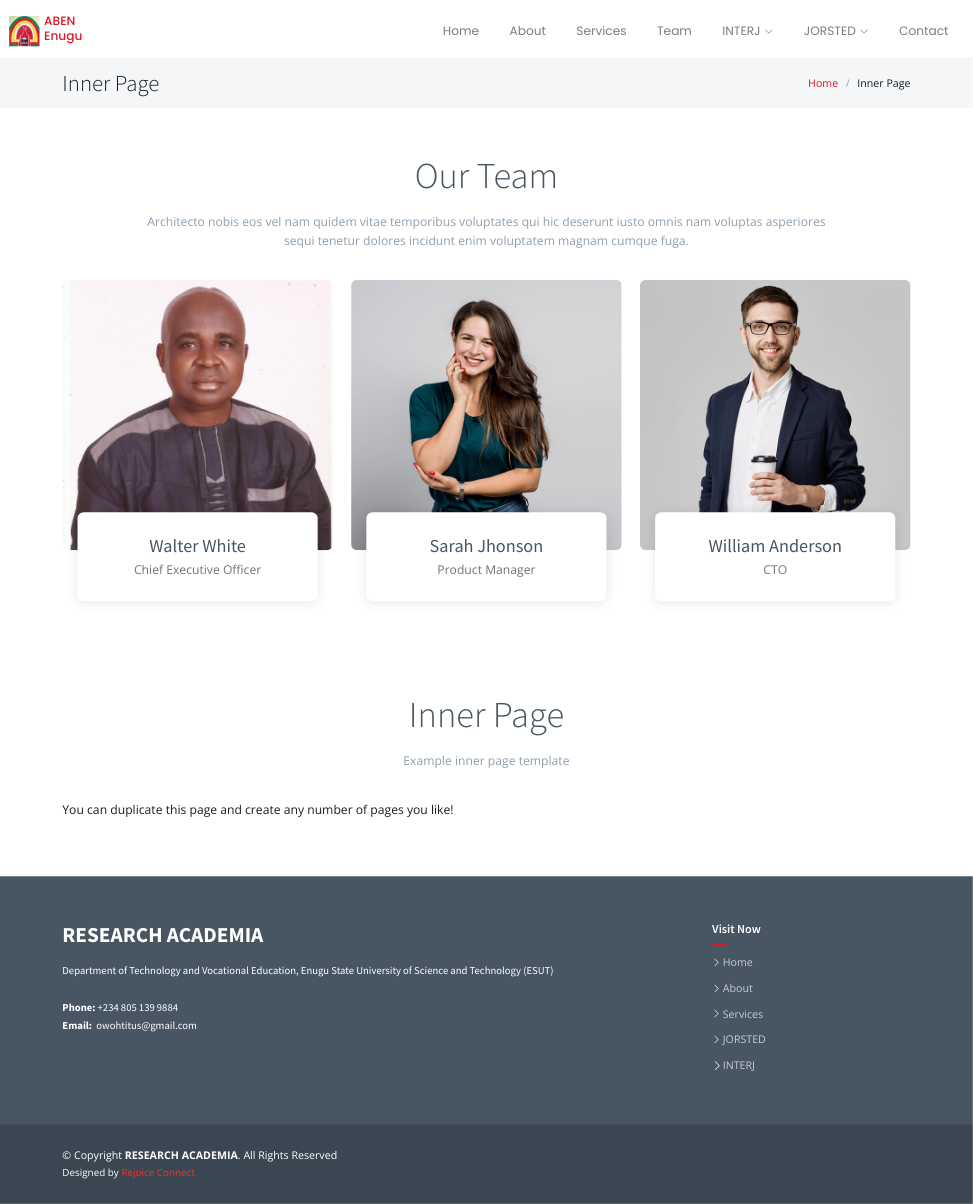
Repository: RejoiceOwoh/research-academia
Page: about.html
An editor plug-in stored every save of this project. The page is shown before and after the next save, followed by the edit.
The browser window is 1280 px wide. The pictures show the whole page, at 76% of full size.

Above is the page before, as saved 2023-07-14 13:05:36.

### about.html
<!DOCTYPE html>
<html lang="en">

<head>
  <meta charset="utf-8">
  <meta content="width=device-width, initial-scale=1.0" name="viewport">

  <title>Inner Page - HeroBiz Bootstrap Template</title>
  <meta content="" name="description">
  <meta content="" name="keywords">

  <!-- Favicons -->
  <link href="assets/img/favicon.jpg" rel="icon">
  <link href="assets/img/apple-touch-icon.jpg" rel="apple-touch-icon">

  <!-- Google Fonts -->
  <link rel="preconnect" href="https://fonts.googleapis.com">
  <link rel="preconnect" href="https://fonts.gstatic.com" crossorigin>
  <link href="https://fonts.googleapis.com/css2?family=Open+Sans:ital,wght@0,300;0,400;0,500;0,600;0,700;1,300;1,400;1,500;1,600;1,700&family=Poppins:ital,wght@0,300;0,400;0,500;0,600;0,700;1,300;1,400;1,500;1,600;1,700&family=Source+Sans+Pro:ital,wght@0,300;0,400;0,600;0,700;1,300;1,400;1,600;1,700&display=swap" rel="stylesheet">

  <!-- Vendor CSS Files -->
  <link href="assets/vendor/bootstrap/css/bootstrap.min.css" rel="stylesheet">
  <link href="assets/vendor/bootstrap-icons/bootstrap-icons.css" rel="stylesheet">
  <link href="assets/vendor/aos/aos.css" rel="stylesheet">
  <link href="assets/vendor/glightbox/css/glightbox.min.css" rel="stylesheet">
  <link href="assets/vendor/swiper/swiper-bundle.min.css" rel="stylesheet">

  <!-- Variables CSS Files. Uncomment your preferred color scheme -->
  <!-- <link href="assets/css/variables.css" rel="stylesheet"> -->
  <!-- <link href="assets/css/variables-blue.css" rel="stylesheet"> -->
  <!-- <link href="assets/css/variables-green.css" rel="stylesheet"> -->
  <!-- <link href="assets/css/variables-orange.css" rel="stylesheet"> -->
  <!-- <link href="assets/css/variables-purple.css" rel="stylesheet"> -->
  <link href="assets/css/variables-red.css" rel="stylesheet">
  <!-- <link href="assets/css/variables-pink.css" rel="stylesheet"> -->

  <!-- Template Main CSS File -->
  <link href="assets/css/main.css" rel="stylesheet">

</head>

<body>

  <!-- ======= Header ======= -->
  <header id="header" class="header fixed-top" data-scrollto-offset="0">
    <div class="container-fluid d-flex align-items-center justify-content-between">

      <a href="index.html" class="logo d-flex align-items-center scrollto me-auto me-lg-0">
        <!-- Uncomment the line below if you also wish to use an image logo -->
        <img src="assets/img/logo.jpg" alt="">
        <h1 style="font-size: 1rem;"><span>ABEN <br>Enugu</span></h1>
      </a>

      <nav id="navbar" class="navbar">
        <ul>
          <li><a class="nav-link scrollto" href="index.html">Home</a></li>
          <li><a class="nav-link scrollto" href="index.html#about">About</a></li>
          <li><a class="nav-link scrollto" href="index.html#services">Services</a></li>
          <li><a class="nav-link scrollto" href="team.html">Team</a></li>
           <li class="dropdown"><a href="INTERJ-vol-1.html"><span>INTERJ</span> <i class="bi bi-chevron-down dropdown-indicator"></i></a>
            <ul>
              <li><a href="INTERJ-vol-1.html">Vol 1 (2013)</a></li>
				<li><a href="INTERJ-vol-4.html">Vol 4 (2016)</a></li>
              <li><a href="INTERJ-vol-5-1.html">Vol 5 No. 1 (2017)</a></li>
              <li><a href="INTERJ-vol-5-2.html">Vol 5 No. 2 (2017)</a></li>
            </ul>
          </li>
			<li class="dropdown"><a href="JORSTED-vol-1.html"><span>JORSTED</span> <i class="bi bi-chevron-down dropdown-indicator"></i></a>
            <ul>
              <li><a href="JORSTED-vol-1.html">Vol 1 No. 1 (2013)</a></li>
				<li><a href="JORSTED-vol-6-1.html">Vol 6 No. 1 (2016)</a></li>
				<li><a href="JORSTED-vol-7-1.html">Vol 7 No. 1 (2017)</a></li>
				<li><a href="JORSTED-vol-7-2.html">Vol 7 No. 2 (2017)</a></li>
            </ul>
          </li>
          <li><a class="nav-link scrollto" href="index.html#contact">Contact</a></li>
        </ul>
        <i class="bi bi-list mobile-nav-toggle d-none"></i>
      </nav><!-- .navbar -->

    </div>
  </header><!-- End Header -->


  <main id="main">

    <!-- ======= Breadcrumbs ======= -->
    <div class="breadcrumbs">
      <div class="container">

        <div class="d-flex justify-content-between align-items-center">
          <h2>Inner Page</h2>
          <ol>
            <li><a href="index.html">Home</a></li>
            <li>Inner Page</li>
          </ol>
        </div>

      </div>
    </div><!-- End Breadcrumbs -->

    <!-- ======= Blog Section ======= -->


    <!-- ======= Team Section ======= -->
    <section id="team" class="team">
      <div class="container" data-aos="fade-up">

        <div class="section-header">
          <h2>Our Team</h2>
          <p>Architecto nobis eos vel nam quidem vitae temporibus voluptates qui hic deserunt iusto omnis nam voluptas asperiores sequi tenetur dolores incidunt enim voluptatem magnam cumque fuga.</p>
        </div>

        <div class="row gy-5">

          <div class="col-xl-4 col-md-6 d-flex" data-aos="zoom-in" data-aos-delay="200">
            <div class="team-member">
              <div class="member-img">
                <img src="assets/img/team/team-1.jpg" class="img-fluid" alt="">
              </div>
              <div class="member-info">
                <div class="social">
                  <a href=""><i class="bi bi-twitter"></i></a>
                  <a href=""><i class="bi bi-facebook"></i></a>
                  <a href=""><i class="bi bi-instagram"></i></a>
                  <a href=""><i class="bi bi-linkedin"></i></a>
                </div>
                <h4>Walter White</h4>
                <span>Chief Executive Officer</span>
              </div>
            </div>
          </div><!-- End Team Member -->

          <div class="col-xl-4 col-md-6 d-flex" data-aos="zoom-in" data-aos-delay="400">
            <div class="team-member">
              <div class="member-img">
                <img src="assets/img/team/team-2.jpg" class="img-fluid" alt="">
              </div>
              <div class="member-info">
                <div class="social">
                  <a href=""><i class="bi bi-twitter"></i></a>
                  <a href=""><i class="bi bi-facebook"></i></a>
                  <a href=""><i class="bi bi-instagram"></i></a>
                  <a href=""><i class="bi bi-linkedin"></i></a>
                </div>
                <h4>Sarah Jhonson</h4>
                <span>Product Manager</span>
              </div>
            </div>
          </div><!-- End Team Member -->

          <div class="col-xl-4 col-md-6 d-flex" data-aos="zoom-in" data-aos-delay="600">
            <div class="team-member">
              <div class="member-img">
                <img src="assets/img/team/team-3.jpg" class="img-fluid" alt="">
              </div>
              <div class="member-info">
                <div class="social">
                  <a href=""><i class="bi bi-twitter"></i></a>
                  <a href=""><i class="bi bi-facebook"></i></a>
                  <a href=""><i class="bi bi-instagram"></i></a>
                  <a href=""><i class="bi bi-linkedin"></i></a>
                </div>
                <h4>William Anderson</h4>
                <span>CTO</span>
              </div>
            </div>
          </div><!-- End Team Member -->

        </div>

      </div>
    </section><!-- End Team Section -->

    <section class="inner-page">
      <div class="container" data-aos="fade-up">

        <div class="section-header">
          <h2>Inner Page</h2>
          <p>Example inner page template</p>
        </div>

        <p>
          You can duplicate this page and create any number of pages you like!
        </p>

      </div>
    </section><!-- End Inner Page -->

  </main><!-- End #main -->

  <!-- ======= Footer ======= -->
  <footer id="footer" class="footer">

    <div class="footer-content">
      <div class="container">
        <div class="row">

          <div class="col-lg-9 col-md-6">
            <div class="footer-info">
              <h3>Research Academia</h3>
              <p>
                Department of Technology and Vocational Education, Enugu State University of Science and Technology (ESUT)&nbsp;<br><br>
                <strong>Phone:</strong> +234 805 139 9884<br>
                <strong>Email:</strong> &nbsp;owohtitus@gmail.com<br>
              </p>
            </div>
          </div>




          <div class="col-lg-3 col-md-6 footer-links">
            <h4>Visit Now</h4>
            <ul>
              <li><i class="bi bi-chevron-right"></i> <a href="index.html">Home</a></li>
              <li><i class="bi bi-chevron-right"></i> <a href="index.html#about">About</a></li>
              <li><i class="bi bi-chevron-right"></i> <a href="index.html#services">Services</a></li>
              <li><i class="bi bi-chevron-right"></i> <a href="JORSTED-vol-1.html">JORSTED</a></li>
				<li class="bi bi-chevron-right"><a href="INTERJ-vol-1.html"><span>INTERJ</span> </a>

          </li>

            </ul>
          </div>

<!--
          <div class="col-lg-4 col-md-6 footer-newsletter">
            <h4>Our Newsletter</h4>
            <p>Tamen quem nulla quae legam multos aute sint culpa legam noster magna</p>
            <form action="" method="post">
              <input type="email" name="email"><input type="submit" value="Subscribe">
            </form>

          </div>
-->

        </div>
      </div>
    </div>

    <div class="footer-legal text-center">
      <div class="container d-flex flex-column flex-lg-row justify-content-center justify-content-lg-between align-items-center">

        <div class="d-flex flex-column align-items-center align-items-lg-start">
          <div class="copyright">
            &copy; Copyright <strong><span>RESEARCH ACADEMIA</span></strong>. All Rights Reserved
          </div>
          <div class="credits">
            Designed by <a href="https://rejoiceconnect.com.ng/">Rejoice Connect</a>
          </div>
        </div>

<!--
        <div class="social-links order-first order-lg-last mb-3 mb-lg-0">
          <a href="#" class="twitter"><i class="bi bi-twitter"></i></a>
          <a href="#" class="facebook"><i class="bi bi-facebook"></i></a>
          <a href="#" class="instagram"><i class="bi bi-instagram"></i></a>
          <a href="#" class="google-plus"><i class="bi bi-skype"></i></a>
          <a href="#" class="linkedin"><i class="bi bi-linkedin"></i></a>
        </div>
-->

      </div>
    </div>

  </footer><!-- End Footer -->

  <a href="#" class="scroll-top d-flex align-items-center justify-content-center"><i class="bi bi-arrow-up-short"></i></a>

  <div id="preloader"></div>

  <!-- Vendor JS Files -->
  <script src="assets/vendor/bootstrap/js/bootstrap.bundle.min.js"></script>
  <script src="assets/vendor/aos/aos.js"></script>
  <script src="assets/vendor/glightbox/js/glightbox.min.js"></script>
  <script src="assets/vendor/isotope-layout/isotope.pkgd.min.js"></script>
  <script src="assets/vendor/swiper/swiper-bundle.min.js"></script>
  <script src="assets/vendor/php-email-form/validate.js"></script>

  <!-- Template Main JS File -->
  <script src="assets/js/main.js"></script>

</body>

</html>

### assets/css/variables-red.css
/**
* Template Name: HeroBiz
* File: variables-red.css
* Description: Easily customize colors, typography, and other repetitive properties used in the template main stylesheet file main.css
*
* Template URL: https://bootstrapmade.com/herobiz-bootstrap-business-template/
* Author: BootstrapMade.com
* License: https://bootstrapmade.com/license/
*
* Contents:
* 1. HeroBiz template variables
* 2. Override default Bootstrap variables
* 3. Set color and background class names
*
* Learn more about CSS variables at https://developer.mozilla.org/en-US/docs/Web/CSS/Using_CSS_custom_properties
*/

/*--------------------------------------------------------------
# 1. HeroBiz template variables
--------------------------------------------------------------*/
:root {

  /* Fonts */
  --font-default: 'Open Sans', system-ui, -apple-system, "Segoe UI", Roboto, "Helvetica Neue", Arial, "Noto Sans", "Liberation Sans", sans-serif, "Apple Color Emoji", "Segoe UI Emoji", "Segoe UI Symbol", "Noto Color Emoji";
  --font-primary: 'Source Sans Pro', sans-serif;
  --font-secondary: 'Poppins', sans-serif;

  /* Colors */
  /* The *-rgb color names are simply the RGB converted value of the corresponding color for use in the rgba() function */

  /* Default text color */
  --color-default: #1a1f24;
  --color-default-rgb: 26, 31, 36;

  /* Defult links color */
  --color-links: #df1529;
  --color-links-hover: #ff2b2b;

  /* Primay colors */
  --color-primary: #df1529;
  --color-primary-light: #ff2b2b;
  --color-primary-dark: #c00719;

  --color-primary-rgb: 223, 21, 41;
  --color-primary-light-rgb: 255, 43, 43;
  --color-primary-dark-rgb: 192, 7, 25;

  /* Secondary colors */
  --color-secondary: #485664;
  --color-secondary-light: #8f9fae;
  --color-secondary-dark: #3a4753;

  --color-secondary-rgb: 72, 86, 100;
  --color-secondary-light-rgb: 143, 159, 174;
  --color-secondary-dark-rgb: 58, 71, 83;

  /* General colors */
  --color-blue: #0d6efd;
  --color-blue-rgb: 13, 110, 253;

  --color-indigo: #6610f2;
  --color-indigo-rgb: 102, 16, 242;

  --color-purple: #6f42c1;
  --color-purple-rgb: 111, 66, 193;

  --color-pink: #f3268c;
  --color-pink-rgb: 243, 38, 140;

  --color-red: #df1529;
  --color-red-rgb: 223, 21, 4;

  --color-orange: #fd7e14;
  --color-orange-rgb: 253, 126, 20;

  --color-yellow: #ffc107;
  --color-yellow-rgb: 255, 193, 7;

  --color-green: #059652;
  --color-green-rgb: 5, 150, 82;

  --color-teal: #20c997;
  --color-teal-rgb: 32, 201, 151;

  --color-cyan: #0dcaf0;
  --color-cyan-rgb: 13, 202, 240;

  --color-white: #ffffff;
  --color-white-rgb: 255, 255, 255;

  --color-gray: #6c757d;
  --color-gray-rgb: 108, 117, 125;

  --color-black: #000000;
  --color-black-rgb: 0, 0, 0;

}

/*--------------------------------------------------------------
# 2. Override default Bootstrap variables
--------------------------------------------------------------*/
:root {

  --bs-blue: var(--color-blue);
  --bs-indigo: var(--color-indigo);
  --bs-purple: var(--color-purple);
  --bs-pink: var(--color-pink);
  --bs-red: var(--color-red);
  --bs-orange: var(--color-orange);
  --bs-yellow: var(--color-yellow);
  --bs-green: var(--color-green);
  --bs-teal: var(--color-teal);
  --bs-cyan: var(--color-cyan);
  --bs-white: var(--color-white);
  --bs-gray: var(--color-gray);
  --bs-gray-dark: #343a40;
  --bs-gray-100: #f8f9fa;
  --bs-gray-200: #e9ecef;
  --bs-gray-300: #dee2e6;
  --bs-gray-400: #ced4da;
  --bs-gray-500: #adb5bd;
  --bs-gray-600: #6c757d;
  --bs-gray-700: #495057;
  --bs-gray-800: #343a40;
  --bs-gray-900: #212529;
  --bs-primary: var(--color-blue);
  --bs-secondary: var(--color-blue);
  --bs-success: #198754;
  --bs-info: #0dcaf0;
  --bs-warning: #ffc107;
  --bs-danger: #dc3545;
  --bs-light: #f8f9fa;
  --bs-dark: #212529;
  --bs-primary-rgb: var(--color-primary-rgb);
  --bs-secondary-rgb: var(--color-secondary-rgb);
  --bs-success-rgb: 25, 135, 84;
  --bs-info-rgb: 13, 202, 240;
  --bs-warning-rgb: 255, 193, 7;
  --bs-danger-rgb: 220, 53, 69;
  --bs-light-rgb: 248, 249, 250;
  --bs-dark-rgb: 33, 37, 41;
  --bs-white-rgb: var(--color-white-rgb);
  --bs-black-rgb: var(--color-black-rgb);
  --bs-body-color-rgb: var(--color-default-rgb);
  --bs-body-bg-rgb: 255, 255, 255;
  --bs-font-sans-serif: var(--font-default);
  --bs-font-monospace: SFMono-Regular, Menlo, Monaco, Consolas, "Liberation Mono", "Courier New", monospace;
  --bs-gradient: linear-gradient(180deg, rgba(255, 255, 255, 0.15), rgba(255, 255, 255, 0));
  --bs-body-font-family: var(--font-default);
  --bs-body-font-size: 1rem;
  --bs-body-font-weight: 400;
  --bs-body-line-height: 1.5;
  --bs-body-color: var(--color-default);
  --bs-body-bg: #fff;

}

/*--------------------------------------------------------------
# 3. Set color and background class names
--------------------------------------------------------------*/
/* Fonts */
.font-default { font-family: var(--font-default) !important; }
.font-primary { font-family: var(--font-primary) !important;}
.font-secondary { font-family: var(--font-secondary) !important; }

/* Text Colors */
.color-default { color: var(--color-default) !important; }
.color-links { color: var(--color-links) !important; }
.color-links:hover { color: var(--color-links-hover) !important; }
.color-primary { color: var(--color-primary) !important; }
.color-primary-light { color: var(--color-primary-light) !important; }
.color-primary-dark { color: var(--color-primary-dark) !important; }
.color-secondary { color: var(--color-secondary) !important; }
.color-secondary-light { color: var(--color-secondary-light) !important; }
.color-secondary-dark { color: var(--color-secondary-dark) !important; }
.color-blue { color: var(--color-blue) !important; }
.color-indigo { color: var(--color-indigo) !important; }
.color-purple { color: var(--color-purple) !important; }
.color-pink { color: var(--color-pink) !important; }
.color-red { color: var(--color-red) !important; }
.color-orange { color: var(--color-orange) !important; }
.color-yellow { color: var(--color-yellow) !important; }
.color-green { color: var(--color-green) !important; }
.color-teal { color: var(--color-teal) !important; }
.color-cyan { color: var(--color-cyan) !important; }
.color-white { color: var(--color-white) !important; }
.color-gray { color: var(--color-gray) !important; }
.color-black { color: var(--color-black) !important; }

/* Background Colors */
.bg-default { background-color: var(--color-default) !important; }
.bg-primary { background-color: var(--color-primary) !important; }
.bg-primary-light { background-color: var(--color-primary-light) !important; }
.bg-primary-dark { background-color: var(--color-primary-dark) !important; }
.bg-secondary { background-color: var(--color-secondary) !important; }
.bg-secondary-light { background-color: var(--color-secondary-light) !important; }
.bg-secondary-dark { background-color: var(--color-secondary-dark) !important; }
.bg-blue { background-color: var(--color-blue) !important; }
.bg-indigo { background-color: var(--color-indigo) !important; }
.bg-purple { background-color: var(--color-purple) !important; }
.bg-pink { background-color: var(--color-pink) !important; }
.bg-red { background-color: var(--color-red) !important; }
.bg-orange { background-color: var(--color-orange) !important; }
.bg-yellow { background-color: var(--color-yellow) !important; }
.bg-green { background-color: var(--color-green) !important; }
.bg-teal { background-color: var(--color-teal) !important; }
.bg-cyan { background-color: var(--color-cyan) !important; }
.bg-white { background-color: var(--color-white) !important; }
.bg-gray { background-color: var(--color-gray) !important; }
.bg-black { background-color: var(--color-black) !important; }

Loaded but not shown: assets/vendor/bootstrap/css/bootstrap.min.css (library); assets/vendor/bootstrap-icons/bootstrap-icons.css (library); assets/vendor/aos/aos.css (library); assets/vendor/glightbox/css/glightbox.min.css (library); assets/vendor/swiper/swiper-bundle.min.css (library); assets/vendor/bootstrap/js/bootstrap.bundle.min.js (library); assets/vendor/aos/aos.js (library); assets/vendor/glightbox/js/glightbox.min.js (library); assets/vendor/isotope-layout/isotope.pkgd.min.js (library); assets/vendor/swiper/swiper-bundle.min.js (library); assets/vendor/php-email-form/validate.js (common file); assets/js/main.js (297 lines, source omitted); assets/css/main.css (3283 lines, source omitted)

After the next save:
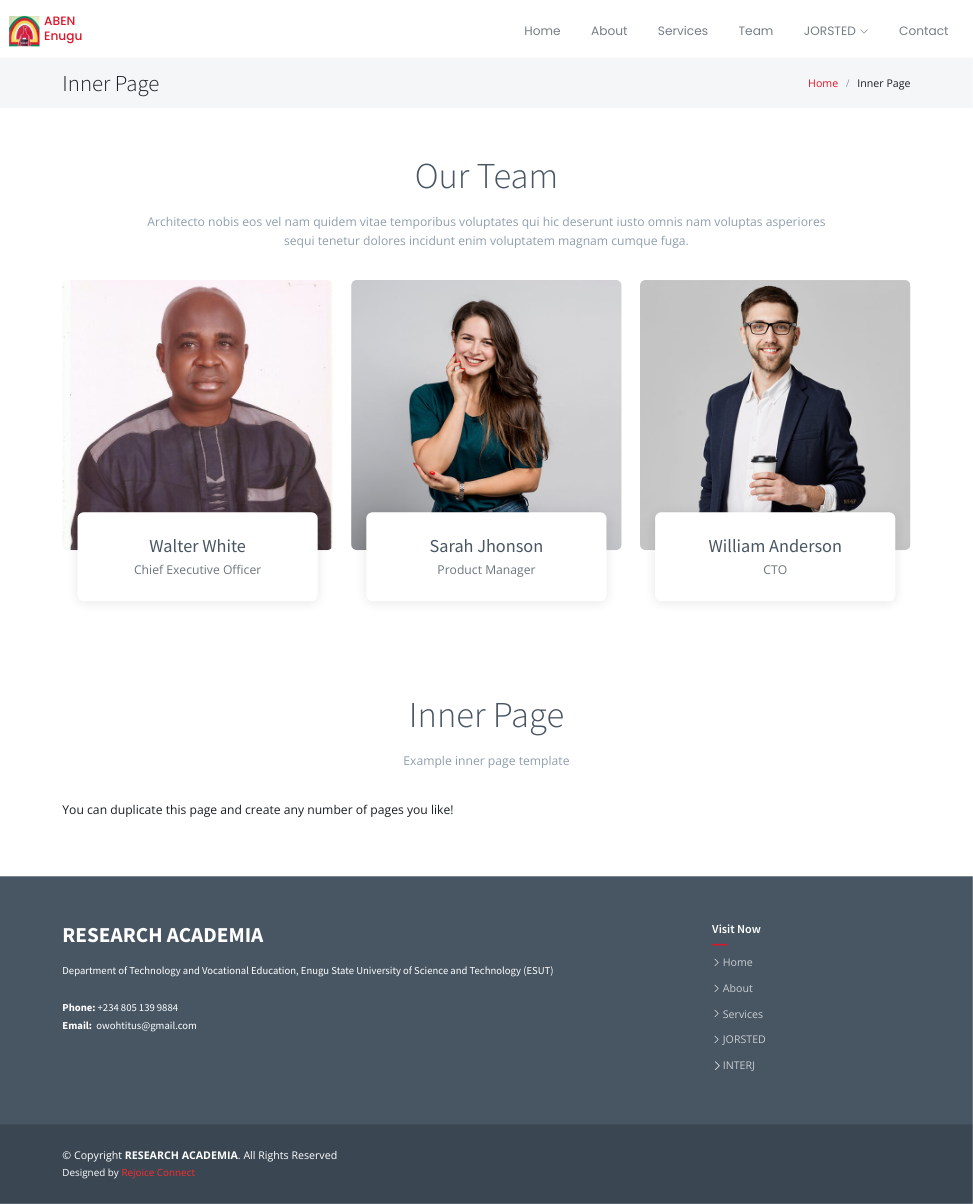
Saved 1 s later.
--- a/about.html
+++ b/about.html
@@ -57,14 +57,6 @@
           <li><a class="nav-link scrollto" href="index.html#about">About</a></li>
           <li><a class="nav-link scrollto" href="index.html#services">Services</a></li>
           <li><a class="nav-link scrollto" href="team.html">Team</a></li>
-           <li class="dropdown"><a href="INTERJ-vol-1.html"><span>INTERJ</span> <i class="bi bi-chevron-down dropdown-indicator"></i></a>
-            <ul>
-              <li><a href="INTERJ-vol-1.html">Vol 1 (2013)</a></li>
-				<li><a href="INTERJ-vol-4.html">Vol 4 (2016)</a></li>
-              <li><a href="INTERJ-vol-5-1.html">Vol 5 No. 1 (2017)</a></li>
-              <li><a href="INTERJ-vol-5-2.html">Vol 5 No. 2 (2017)</a></li>
-            </ul>
-          </li>
 			<li class="dropdown"><a href="JORSTED-vol-1.html"><span>JORSTED</span> <i class="bi bi-chevron-down dropdown-indicator"></i></a>
             <ul>
               <li><a href="JORSTED-vol-1.html">Vol 1 No. 1 (2013)</a></li>
